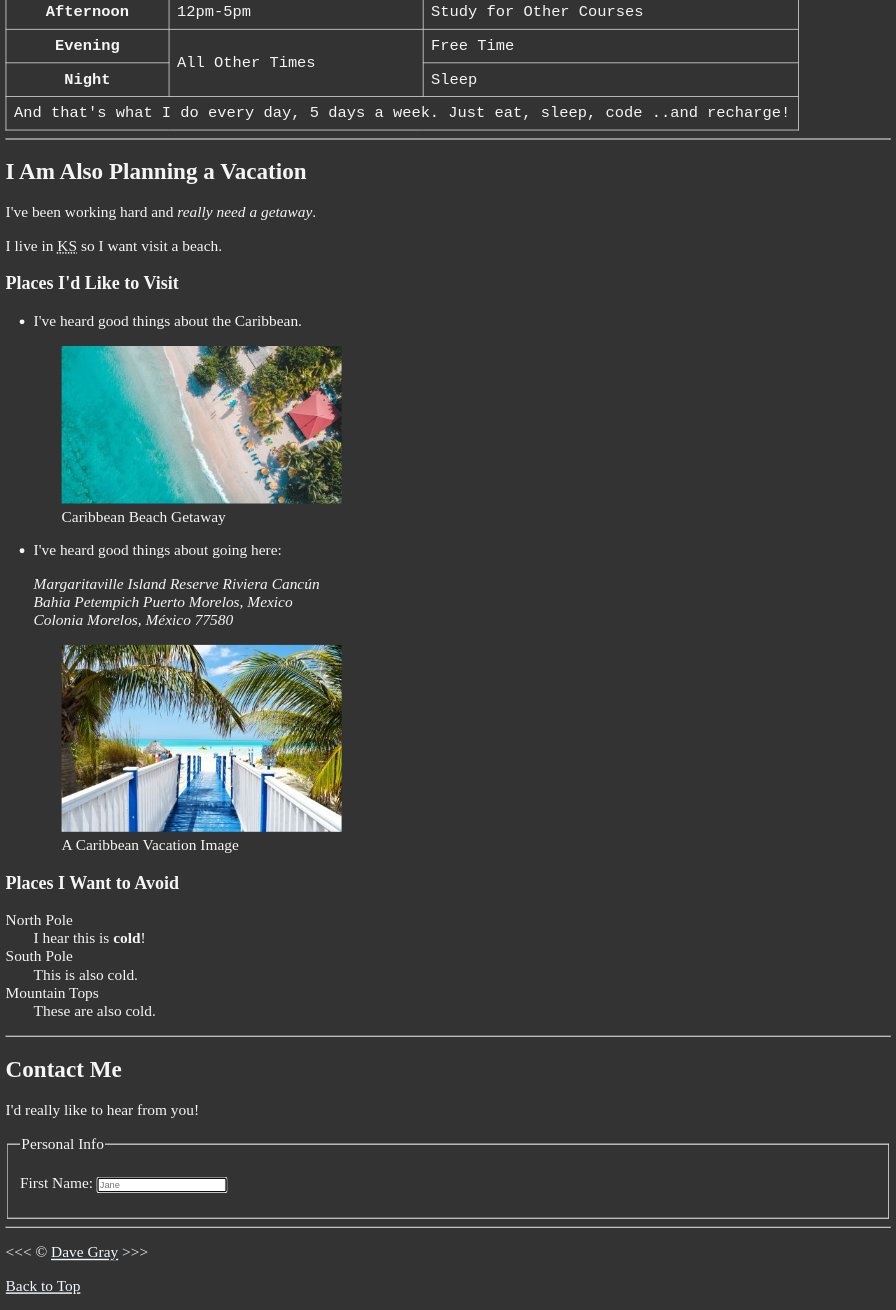
Repository: JavaProgrammerFromEastEurope/project-html-full-tutorial
Page: 09_lesson/index.html
An editor plug-in stored every save of this project. The page is shown before and after a run of saves, followed by the edit.
The browser window is 1280 px wide. The pictures show the part of the page from y = 1295 to 3215 px (the page is 3167 px tall before and 3215 px after), at 70% of full size.

Above is the page before, as saved 2023-04-07 04:38:24.

### 09_lesson/index.html
<!DOCTYPE html>
<html lang="en">
  <head>
    <meta charset="UTF-8" />
    <meta name="author" content="Dave Gray" />
    <meta
      name="description"
      content="This page contains all the things I am learning how to create as I learn HTML."
    />
    <title>My First Web Page</title>
    <link rel="icon" href="html5.png" type="image/x-icon" />
    <link rel="stylesheet" href="main.css" type="text/css" />
  </head>

  <body>
    <header>
      <h1>My Goals for the Year</h1>

      <nav aria-label="primary-navigation">
        <ul>
          <li>
            <a href="#html">Learning HTML</a>
          </li>
          <li>
            <a href="#vacation">Planning a Vacation</a>
          </li>
          <li><a href="#contact">Contact Me</a></li>
        </ul>
      </nav>
    </header>

    <hr />
    <main>
      <article id="html">
        <h2>I'm Ready to Learn HTML</h2>
        <p>This is my first web page.</p>
        <section>
          <h3>HTML5</h3>
          <img
            src="./assets/img/html_logo_300x300.png"
            alt="HTML5 Logo"
            title="I am learning HTML5"
            width="300"
            height="300"
          />
          <figure>
            <figcaption>An Example of HTML5 code</figcaption>
            <p>
              <code>&lt;h1&gt;Hello World!&lt;/h1&gt;</code>
            </p>
          </figure>
        </section>
        <section>
          <h3>My Daily Schedule</h3>
          <p>Let me tell you how:</p>
          <ol>
            <li>...I learn more about web dev.</li>
            <li>...I plan out my schedule.</li>
            <li>
              ...I use resources from
              <abbr title="Mozilla Developer Network">
                <a href="https://developer.mozilla.org/">MDN</a> </abbr
              >.
            </li>
          </ol>
          <aside>
            <details>
              <summary>
                Guess the <mark>number of hours</mark> I code per day
              </summary>
              <p>
                I start at <time datetime="08:00">8 am</time> and I write code
                for <time datetime="PT3H">3 hours</time> every morning.
              </p>
            </details>
          </aside>
          <br />
          <table>
            <caption>
              My Daily Schedule
            </caption>
            <thead>
              <tr>
                <th>&nbsp;</th>
                <th scope="col">Time</th>
                <th scope="col">Activity</th>
              </tr>
            </thead>
            <tbody>
              <tr>
                <th scope="row">Morning</th>
                <td>
                  <time datetime="08:00">8am</time>-<time datetime="11:00"
                    >11am</time
                  >
                </td>
                <td>Write Code</td>
              </tr>
              <tr>
                <th scope="row">Break</th>
                <td>
                  <time datetime="11:00">11am</time>-<time datetime="12:00"
                    >12pm</time
                  >
                </td>
                <td>Eat Lunch</td>
              </tr>
              <tr>
                <th scope="row">Afternoon</th>
                <td>
                  <time datetime="12:00">12pm</time>-<time datetime="17:00"
                    >5pm</time
                  >
                </td>
                <td>Study for Other Courses</td>
              </tr>
              <tr>
                <th scope="row">Evening</th>
                <td rowspan="2">All Other Times</td>
                <td>Free Time</td>
              </tr>
              <tr>
                <th scope="row">Night</th>
                <td>Sleep</td>
              </tr>
            </tbody>
            <tfoot>
              <tr>
                <td colspan="3">
                  And that's what I do every day, 5 days a week. Just eat,
                  sleep, code ..and recharge!
                </td>
              </tr>
            </tfoot>
          </table>
        </section>
      </article>

      <hr />

      <article id="vacation">
        <h2>I Am Also Planning a Vacation</h2>
        <p>I've been working hard and <em>really need a getaway</em>.</p>
        <p>I live in <abbr title="Kansas">KS</abbr> so I want visit a beach.</p>

        <section>
          <h3>Places I'd Like to Visit</h3>
          <ul>
            <li>
              <p>I've heard good things about the Caribbean.</p>
              <figure>
                <img
                  src="./assets/img/caribbean.jpg"
                  alt="Caribbean Beach"
                  title="I want to visit a Caribbean beach."
                  width="400"
                  height="225"
                  loading="lazy"
                />
                <figcaption>Caribbean Beach Getaway</figcaption>
              </figure>
            </li>
            <li>
              <p>I've heard good things about going here:</p>
              <address>
                Margaritaville Island Reserve Riviera Cancún<br />
                Bahia Petempich Puerto Morelos, Mexico<br />
                Colonia Morelos, México 77580
              </address>
              <figure>
                <img
                  src="./assets/img/vacation.jpg"
                  alt="Cancun Vacation"
                  title="It's 5 o'Clock Somewhere!"
                  width="400"
                  height="267"
                  loading="lazy"
                />
                <figcaption>A Caribbean Vacation Image</figcaption>
              </figure>
            </li>
          </ul>
        </section>
        <!-- TODO: Add more places -->
        <section>
          <h3>Places I Want to Avoid</h3>
          <dl>
            <dt>North Pole</dt>
            <dd>I hear this is <strong>cold</strong>!</dd>

            <dt>South Pole</dt>
            <dd>This is also cold.</dd>

            <dt>Mountain Tops</dt>
            <dd>These are also cold.</dd>
          </dl>
        </section>
      </article>
      <hr />

      <article id="contact">
        <h2>Contact Me</h2>
        <p>I'd really like to hear from you!</p>
        <form action="https://httpbin.org/get" method="get">
          <fieldset>
            <legend>Personal Info</legend>
            <p>
              <label for="firstName">First Name:</label>
              <input
                type="text"
                name="firstName"
                id="firstName"
                placeholder="Jane"
                autocomplete="on"
                required
                autofocus
              />
							<p><label for="lastName"></label></p>
            </p>
          </fieldset>
        </form>
      </article>
    </main>
    <hr />
    <footer>
      <p>&lt;&lt;&lt; &copy; <a href="about.html">Dave Gray</a> &gt;&gt;&gt;</p>
      <p>
        <a href="#">Back to Top</a>
      </p>
    </footer>
  </body>
</html>

### 09_lesson/main.css
html {
    font-size: 22px;
}

body {
    background-color: #333;
    color: whitesmoke;
}

a {
    color: aliceblue;
}

a:visited {
    color: lightgray;
}

a:hover, a:active {
    color: #eee;
}

table, tr, th, td, caption {
	border: 1px solid #eee;
	font-family: 'Courier New', Courier, monospace;
	border-collapse: collapse;
	padding: 0.5rem;
}

After the next 4 saves:
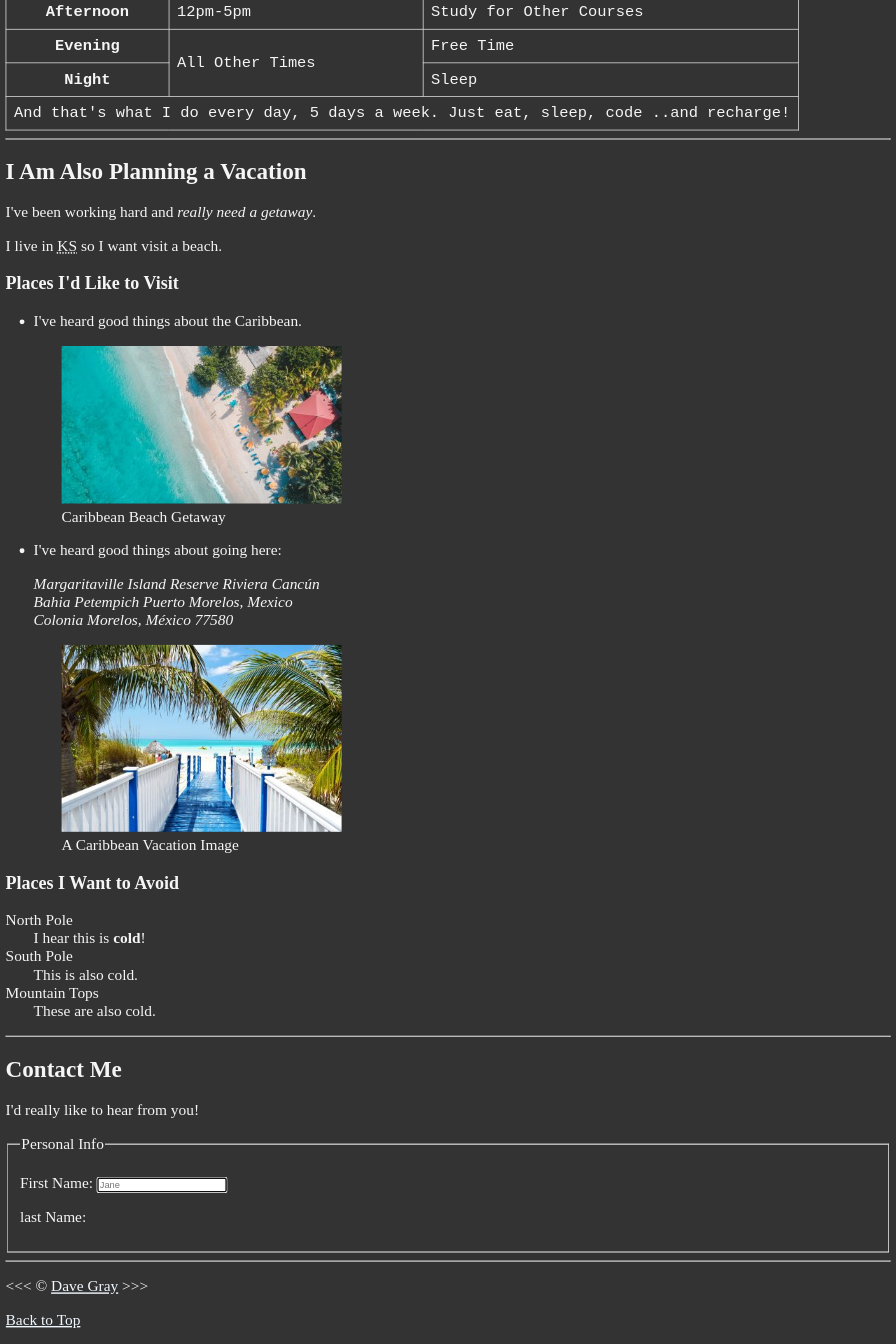
The 4 saves are shown as one change because they came seconds apart.
The last was saved 9 s later.
--- a/09_lesson/index.html
+++ b/09_lesson/index.html
@@ -215,7 +215,9 @@
                 required
                 autofocus
               />
-							<p><label for="lastName"></label></p>
+							<p>
+								<label for="lastName">last Name:</label>
+							</p>
             </p>
           </fieldset>
         </form>
